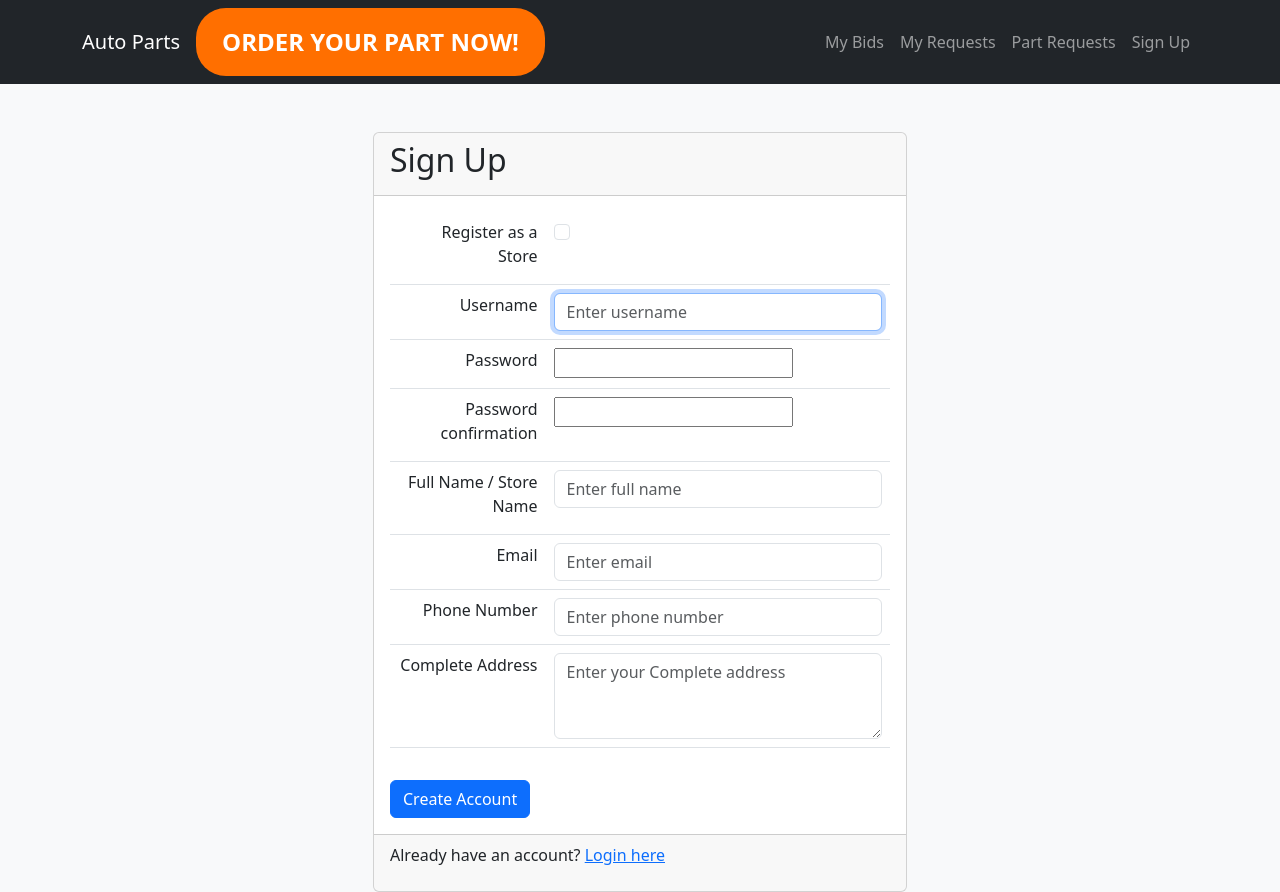
Repository: Jijiluzana225/onlineparts
Page: http://localhost/register/
The author's editor kept a copy of each file at every save. The page is drawn from the files as they stood at one save, then again after the next save.
The browser window is 1280 px wide. The pictures show the whole page.
The page is served by the project's application, run on Django 5.2 (manage.py).

Above is the page before, as saved 2025-02-20 10:54:37.

After the next save:
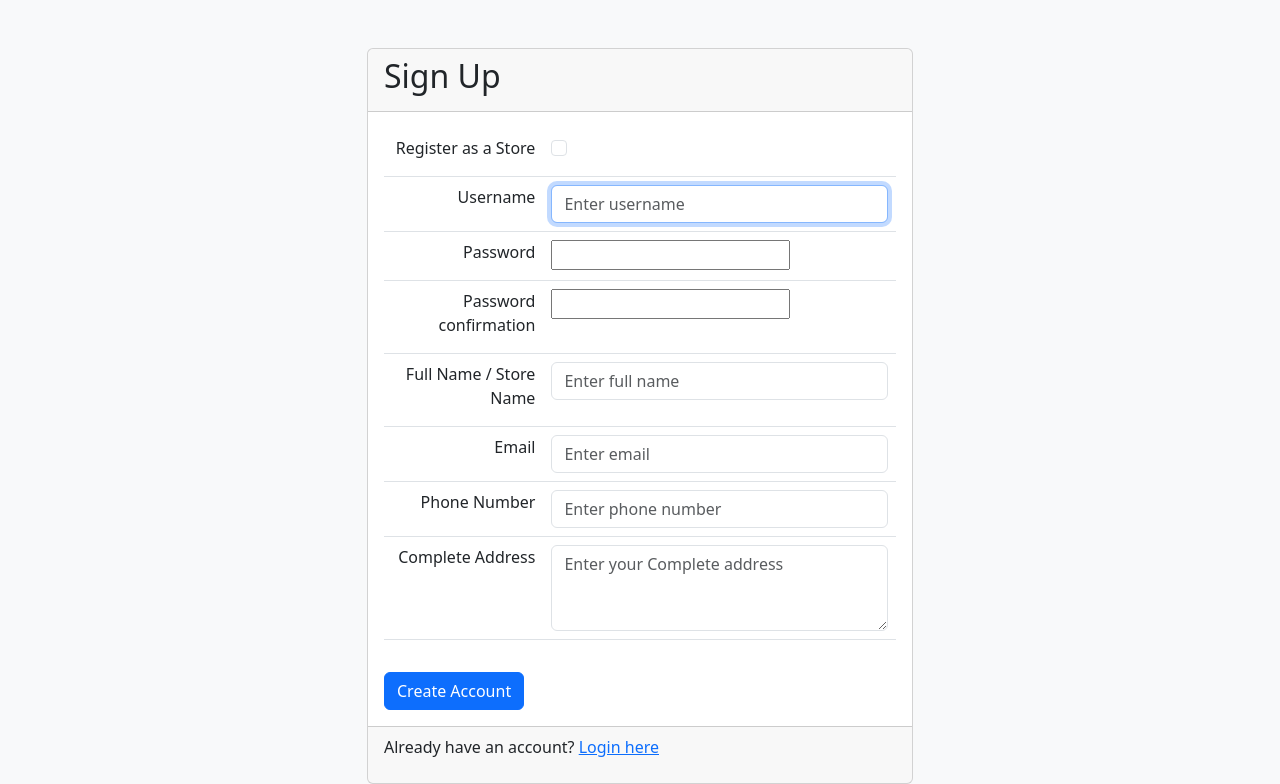
Saved 2 min 5 s later.
--- a/orders/templates/orders/register.html
+++ b/orders/templates/orders/register.html
@@ -1,7 +1,36 @@
-
-{% extends 'orders/landing.html' %}
-
-{% block content %}
+<!DOCTYPE html>
+<html lang="en">
+<head>
+    <meta charset="UTF-8">
+    <meta name="viewport" content="width=device-width, initial-scale=1">
+    <title>Login</title>
+    <link href="https://cdn.jsdelivr.net/npm/bootstrap@5.3.0/dist/css/bootstrap.min.css" rel="stylesheet">
+    <style>
+        body {
+            background-color: #f8f9fa;
+        }
+        .login-container {
+            max-width: 400px;
+            margin: 80px auto;
+            padding: 20px;
+            background: white;
+            border-radius: 10px;
+            box-shadow: 0px 0px 15px rgba(0, 0, 0, 0.1);
+        }
+        .btn-custom {
+            background-color: #ff6f00;
+            color: white;
+            border-radius: 30px;
+            width: 100%;
+            padding: 10px;
+            font-size: 16px;
+        }
+        .btn-custom:hover {
+            background-color: #e65c00;
+        }
+    </style>
+</head>
+<body>
 <!-- Registration Form Card -->
 <div class="container mt-5">
     <div class="row justify-content-center">
@@ -40,5 +69,3 @@
         </div>
     </div>
 </div>
-
-{% endblock content %}
